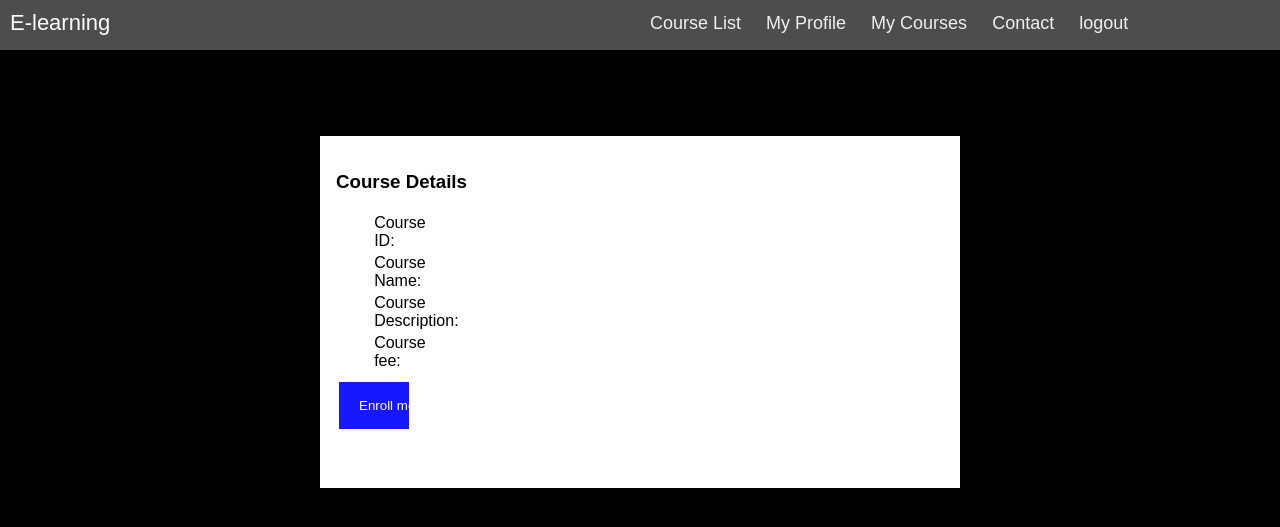
Repository: hemanthchallacs/learning_spring_boot
Page: http://localhost/courseDetails
The author's editor kept a copy of each file at every save. The page is drawn from the files as they stood at one save, then again after the next save.
The browser window is 1280 px wide. The pictures show the whole page.
The page is this project's Thymeleaf template; nobody is signed in. The template is opened directly, without the code that normally fills it, so the values that code supplies are empty.

Above is the page before, as saved 2021-07-12 19:56:05.

### ver1_elearning/src/main/resources/templates/courseDetails.html
<!DOCTYPE html>
<html xmlns:th="http://www.thymeleaf.org">
<head>
<meta charset="ISO-8859-1">
<title>Course Details</title>
<style>



* {
  box-sizing: border-box;
}

body {
  margin: 0px;
  font-family: 'segoe ui';
}

.nav {
  height: 50px;
  width: 100%;
  background-color: #4d4d4d;
  position: relative;
  position: fixed;
    width: 100%;
    top: 0;
}

.nav > .nav-header {
  display: inline;
}

.nav > .nav-header > .nav-title {
  display: inline-block;
  font-size: 22px;
  color: #fff;
  padding: 10px 10px 10px 10px;
}

.nav > .nav-btn {
  display: none;
}

.nav > .nav-links {
  display: inline;
  float: right;
  font-size: 18px;
  right:0;
}

.nav > .nav-links > a {
  display: inline-block;
  padding: 13px 10px 13px 10px;
  text-decoration: none;
  color: #efefef;
}

.nav > .nav-links > a:hover {
  background-color: rgba(0, 0, 0, 0.3);
}

.nav > #nav-check {
  display: none;
}

@media (max-width:600px) {
  .nav > .nav-btn {
    display: inline-block;
    position: absolute;
    right: 0px;
    top: 0px;
  }
  .nav > .nav-btn > label {
    display: inline-block;
    width: 50px;
    height: 50px;
    padding: 13px;
  }
  .nav > .nav-btn > label:hover,.nav  #nav-check:checked ~ .nav-btn > label {
    background-color: rgba(0, 0, 0, 0.3);
  }
  .nav > .nav-btn > label > span {
    display: block;
    width: 25px;
    height: 10px;
    border-top: 2px solid #eee;
  }
  .nav > .nav-links {
    position: absolute;
    display: block;
    width: 100%;
    background-color: #333;
    height: 0px;
    transition: all 0.3s ease-in;
    overflow-y: hidden;
    top: 50px;
    left: 0px;
  }
  .nav > .nav-links > a {
    display: block;
    width: 100%;
  }
  .nav > #nav-check:not(:checked) ~ .nav-links {
    height: 0px;
  }
  .nav > #nav-check:checked ~ .nav-links {
    height: calc(100vh - 50px);
    overflow-y: auto;
  }
}


div{

height:50%;
width:50%;
margin:auto;

}


body {
  font-family: Arial, Helvetica, sans-serif;
  background-color: black;
}

* {
  box-sizing: border-box;
}

/* Add padding to containers */
.container {
  padding: 16px;
  background-color: white;
}

/* Full-width input fields */
input[type=text], input[type=password] {
  width: 100%;
  padding: 15px;
  margin: 5px 0 22px 0;
  display: inline-block;
  border: none;
  background: #f1f1f1;
}

input[type=file], input[type=password] {
  width: 100%;
  padding: 15px;
  margin: 5px 0 22px 0;
  display: inline-block;
  border: none;
  background: #f1f1f1;
}

input[type=text]:focus, input[type=password]:focus {
  background-color: #ddd;
  outline: none;
}

/* Overwrite default styles of hr */
hr {
  border: 1px solid #f1f1f1;
  margin-bottom: 25px;
}

/* Set a style for the submit button */
.registerbtn {
  background-color: #04AA6D;
  color: white;
  padding: 16px 20px;
  margin: 8px 0;
  border: none;
  cursor: pointer;
  width: 100%;
  opacity: 0.9;
}

.resetbtn {
  background-color: red;
  color: white;
  padding: 16px 20px;
  margin: 8px 0;
  border: none;
  cursor: pointer;
  width: 100%;
  opacity: 0.9;
}

.enrollme {
  background-color: blue;
  color: white;
  padding: 16px 20px;
  margin: 8px 0;
  border: none;
  cursor: pointer;
  width: 50%;
  opacity: 0.9;
}


.enrollme:hover {
  opacity: 1;
}


.resetbtn:hover {
  opacity: 1;
}


.registerbtn:hover {
  opacity: 1;
}

/* Add a blue text color to links */
a {
  color: dodgerblue;
}

/* Set a grey background color and center the text of the "sign in" section */
.signin {
  background-color: #f1f1f1;
  text-align: center;
}



</style>
</head>
<body>

<div class="nav" >

  <div class="nav-header">
    <div class="nav-title">
      E-learning
    </div>
  </div>
  <div class="nav-btn">
    <label for="nav-check">
      <span></span>
      <span></span>
      <span></span>
    </label>
  </div>

  <div class="nav-links">
  <a th:href=@{/courseList}>Course List </a>
   <a th:href=@{/myProfile}>My Profile </a>
<a th:href=@{/myCourses}>My Courses </a>
<a th:href=@{/contact}>Contact </a>
<a th:href=@{/logout}>logout </a>

  </div>
</div>
<br><br>
<div style="width:100%;height:100px;border:0px solid #000;color:green;"><h2 style="float:right" th:text="${message}"></h2></div>

<div class="container">

<h3>Course Details</h3>
<table>
	<tr>
		<td><div>Course ID:</div></td>
		<td><div th:text="${course.course_id}"></div></td>
	</tr>
	<tr>
		<td><div>Course Name:</div></td>
		<td><div th:text="${course.c_name}"></div></td>
	</tr>
	<tr>
		<td><div>Course Description:</div></td>
		<td><div th:text="${course.c_desp}"></div></td>
	</tr>
	<tr>
		<td><div>Course fee:</div></td>
		<td><div th:text="${course.c_fees}"></div></td>
	</tr>
	<tr>
	<td>
	<!--th:action="@{/course/enroll/__${course.course_id}__/enrolled}"  -->
		<form  th:action="@{/course/enroll/__${course.course_id}__/enrolled}" method = "post">
		<input class= "enrollme" type="submit" value = "Enroll me!">
		</form>
	</td>
	</tr>
</table>
</div>
<div class="container"></div>
<h2>Feedbacks</h2>
<table>
<tr>
<th>Username</th>
<th>Comment</th>
</tr>

<tr th:each="feedback,i : ${course.courseFeedbacks}">
<td th:text="${feedback.name}" />
   		<td th:text="${feedback.feed}" />

 </tr>

</table>

</div>
</body>
</html>

After the next save:
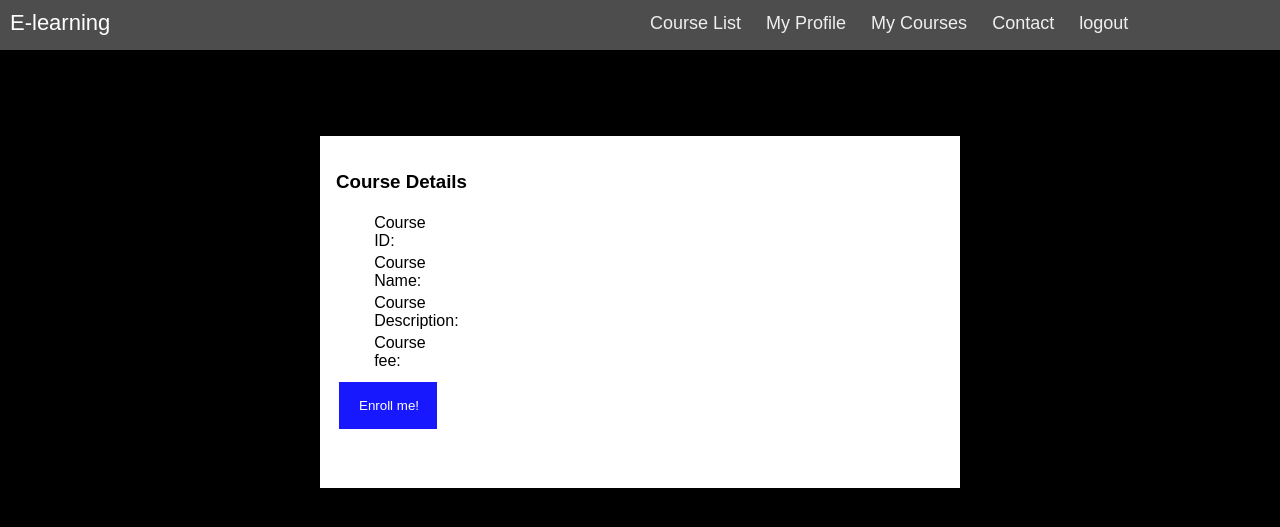
Saved 16 s later.
--- a/ver1_elearning/src/main/resources/templates/courseDetails.html
+++ b/ver1_elearning/src/main/resources/templates/courseDetails.html
@@ -194,7 +194,7 @@ hr {
   margin: 8px 0;
   border: none;
   cursor: pointer;
-  width: 50%;
+  width: 70%;
   opacity: 0.9;
 }
 
